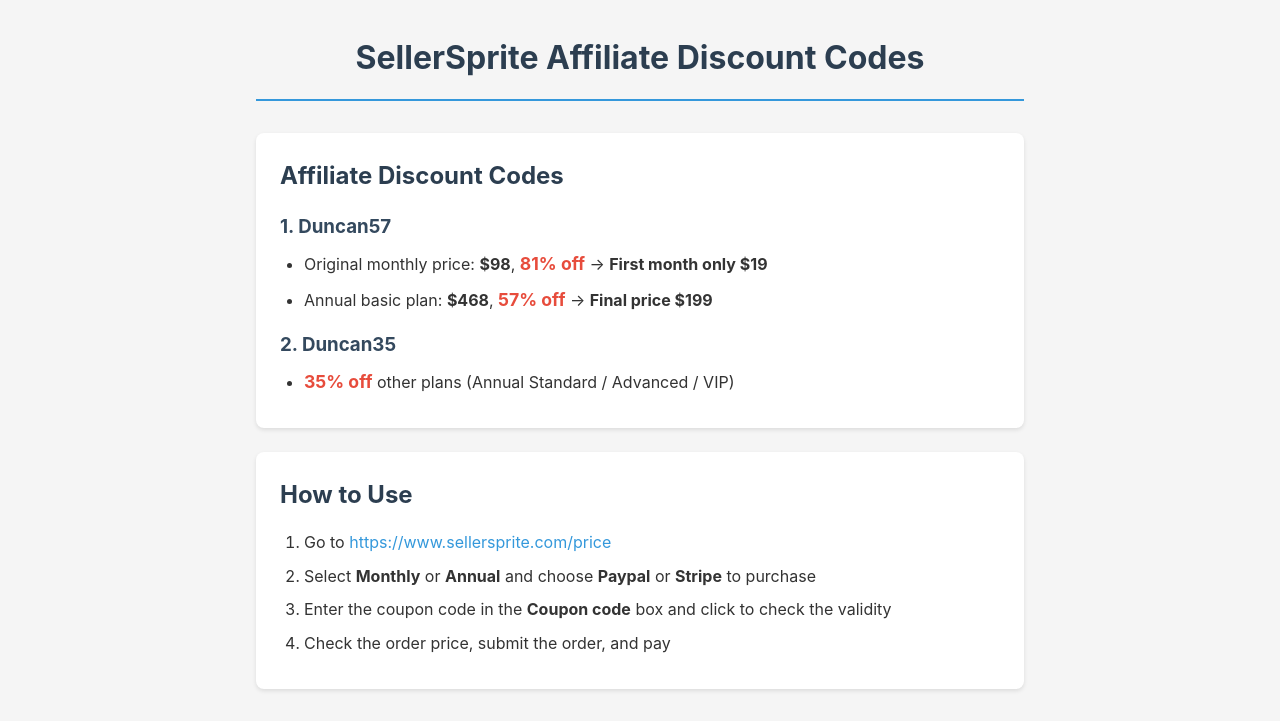
Repository: swebvn/web-html
Page: index.html
The author's editor kept a copy of each file at every save. The page is drawn from the files as they stood at one save, then again after the next save.
The browser window is 1280 px wide. The pictures show the whole page.

Above is the page before, as saved 2025-04-18 17:06:56.

After the next save:
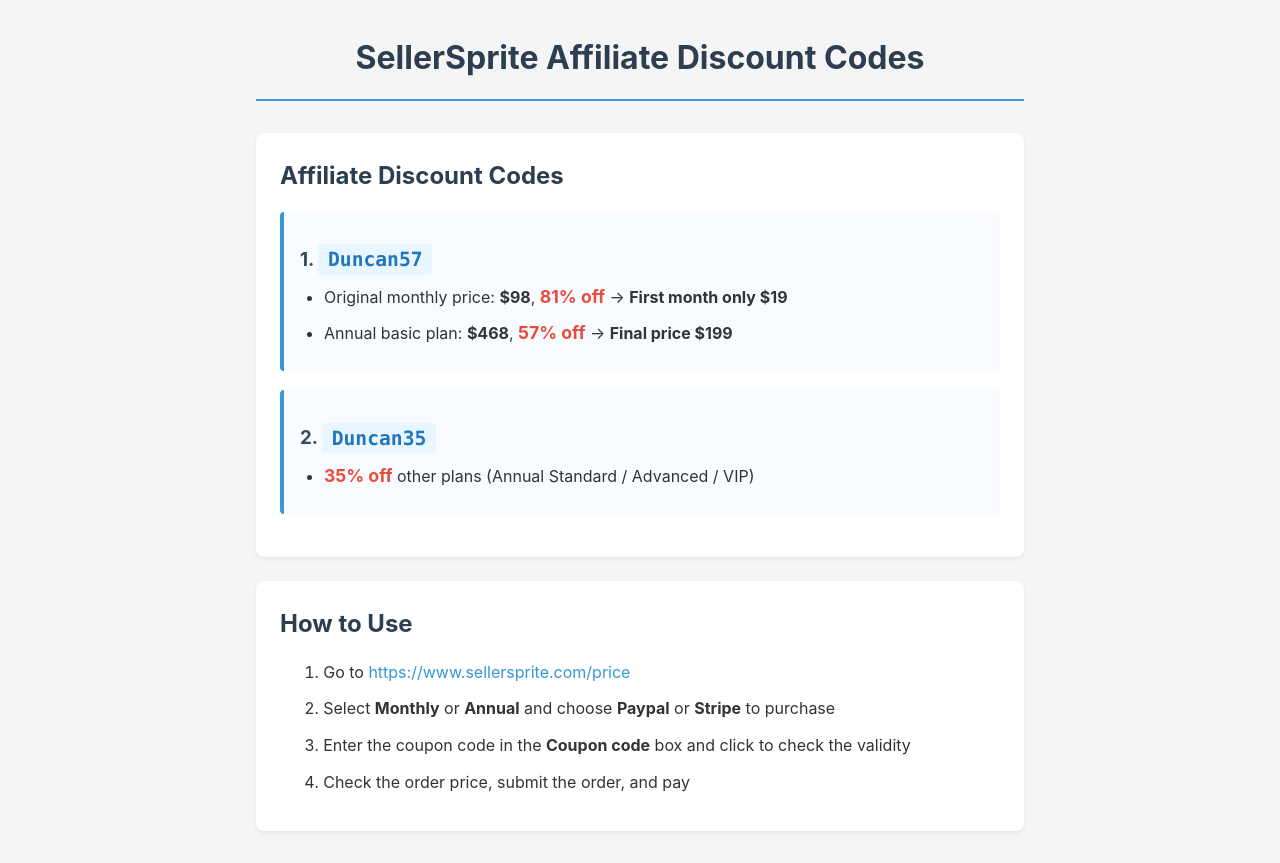
Saved 8 s later.
--- a/styles.css
+++ b/styles.css
@@ -31,6 +31,14 @@
     padding: 1.5rem;
     margin-bottom: 1.5rem;
     box-shadow: 0 2px 4px rgba(0, 0, 0, 0.1);
+}
+
+.discount-section, .process-section {
+    background: #fff;
+    border-radius: 8px;
+    padding: 1.5rem;
+    margin-bottom: 1.5rem;
+    box-shadow: 0 2px 4px rgba(0,0,0,0.07);
 }
 
 h2 {
@@ -76,6 +84,31 @@
     padding-left: 1rem;
 }
 
+.code-block {
+    margin-bottom: 1.2rem;
+    padding: 1rem;
+    border-left: 4px solid #3498db;
+    background: #f8fbff;
+    border-radius: 4px;
+}
+
+.code {
+    font-family: 'Fira Mono', 'Consolas', monospace;
+    background: #eaf6ff;
+    color: #2176bd;
+    padding: 0.2em 0.5em;
+    border-radius: 3px;
+    font-size: 1.05em;
+}
+
+.process-section ol {
+    padding-left: 1.2rem;
+}
+
+.process-section li {
+    margin-bottom: 0.7rem;
+}
+
 @media (max-width: 600px) {
     .container {
         margin: 1rem auto;
